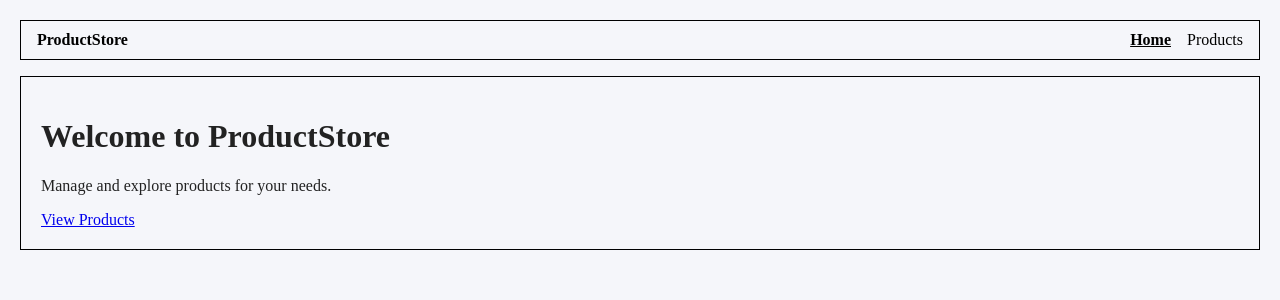
Repository: duyndhe195099/fer202_lab3_he195099
Page: /
These files come from the project's save history. The page is drawn as it stood at one moment and after the next save; the edit follows.
The browser window is 1280 px wide. The pictures show the whole page.
The project was rebuilt for these pictures with package versions that can differ from the ones it lists, and the page was loaded fresh each time. Also part of the build but not shown: src/data/products.js, src/components/SearchBar.js, src/components/CategoryFilter.js, src/components/ProductItem.js, src/components/Pagination.js, src/pages/ProductList.js, src/pages/ProductDetail.js, src/pages/NotFound.js.

Above is the page before, as saved 2026-10-16 11:20:34.

After the next save:
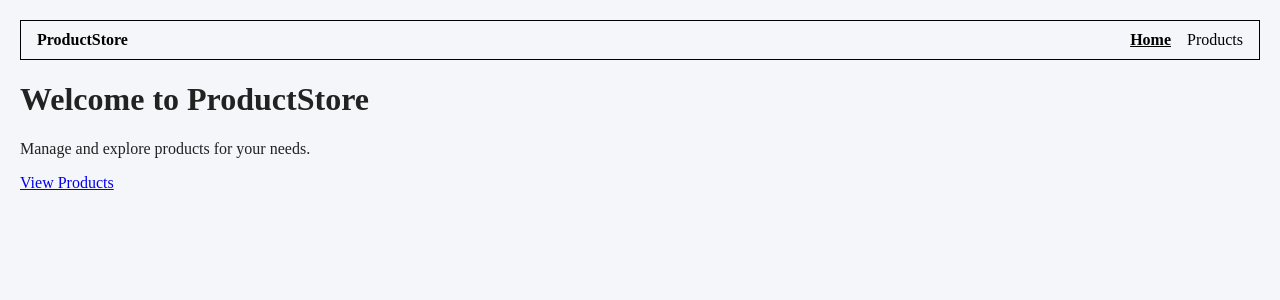
Saved 13 s later.
--- a/src/App.css
+++ b/src/App.css
@@ -33,14 +33,3 @@ select {
   font-weight: bold;
   text-decoration: underline;
 }
-
-/* Khung nội dung */
-.container {
-  margin-top: 16px;
-}
-.card {
-  border: 1px solid #000;
-  padding: 20px;
-}
-
-/*
